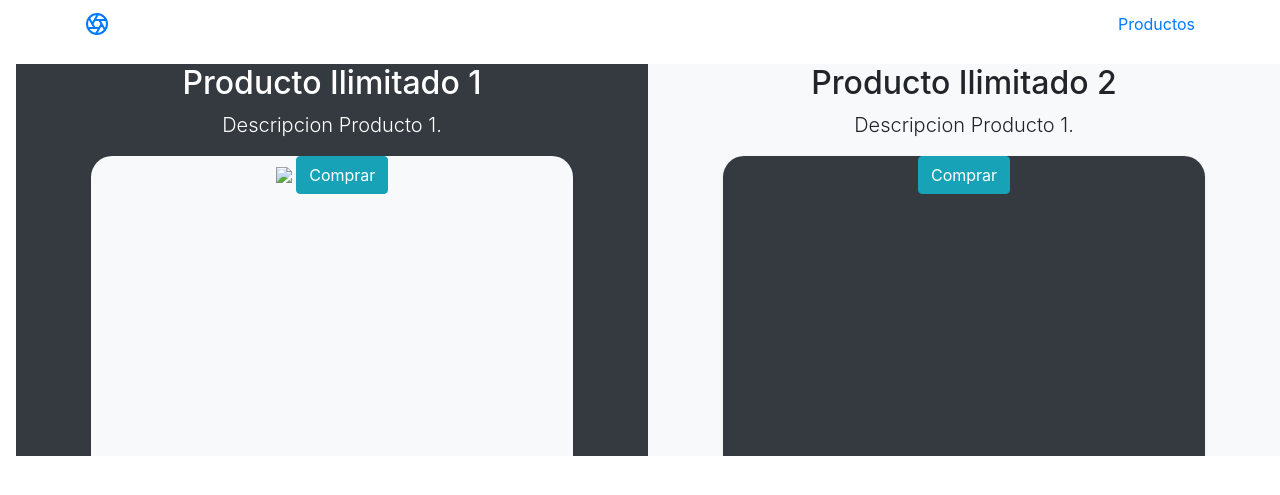
Repository: mapp1990/pasarela
Page: http://localhost/producto
These files come from the project's save history. The page is drawn as it stood at one moment and after the next save; the edit follows.
The browser window is 1280 px wide. The pictures show the whole page.
The page is served by the project's Laravel application, run on PHP 8.4 with Laravel 9.

Above is the page before, as saved 2022-05-27 17:43:28.

After the next save:
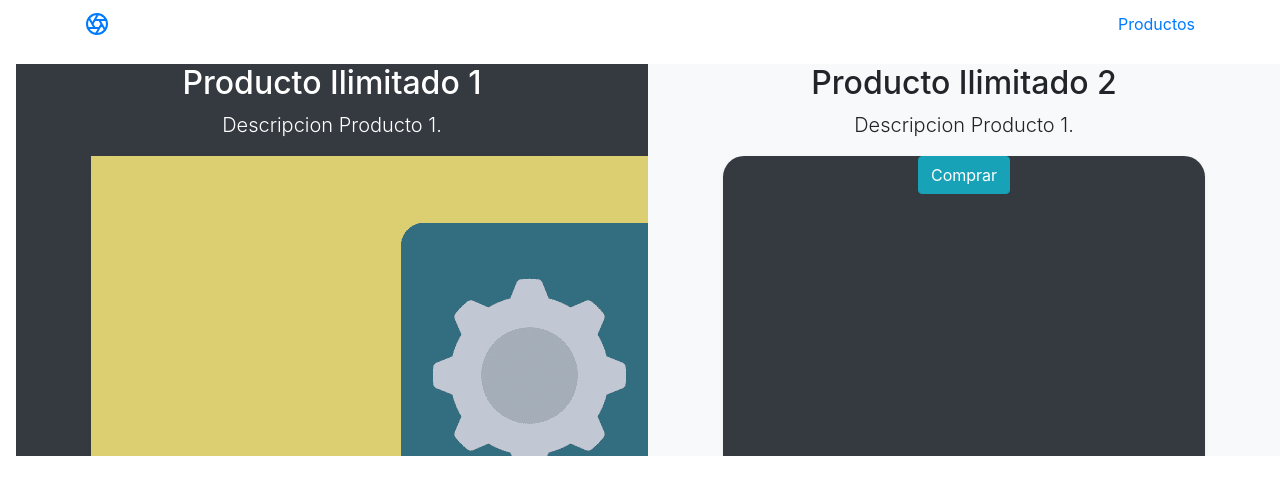
Saved 42 s later.
--- a/resources/views/productos.blade.php
+++ b/resources/views/productos.blade.php
@@ -24,7 +24,7 @@
                 <p class="lead">Descripcion Producto 1.</p>
             </div>
             <div class="bg-light shadow-sm mx-auto" style="width: 80%; height: 300px; border-radius: 21px 21px 0 0;">
-                <img src="dinosaur.jpg">
+                <img src="producto.png">
                 <button type="button" class="btn btn-info">Comprar</button>
             </div>
         </div>
